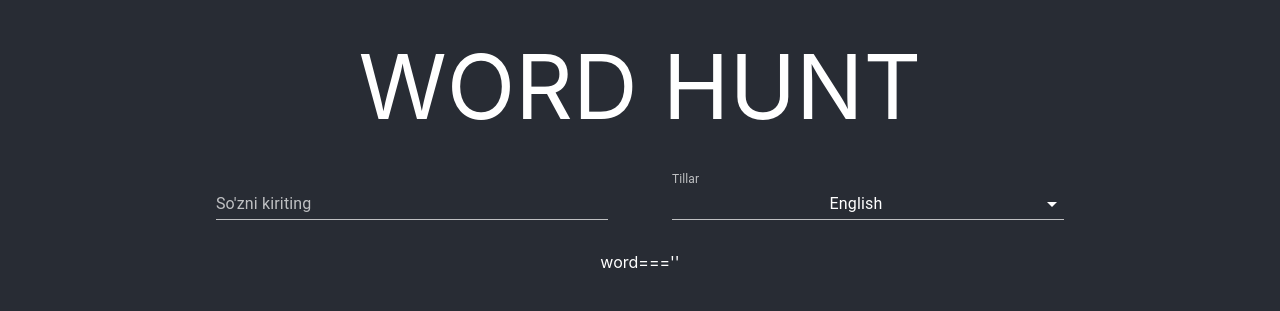
Repository: om1ars/react-translator
Page: /
The author's editor kept a copy of each file at every save. The page is drawn from the files as they stood at one save, then again after a run of saves.
The browser window is 1280 px wide. The pictures show the whole page.
The page's requests for data from a server got no answer. The project was rebuilt for these pictures with package versions that can differ from the ones it lists, and the page was loaded fresh each time. No one was signed in, and anything a server would have sent is missing. Also part of the build but not shown: src/components/Definitions.css.

Above is the page before, as saved 2021-10-07 15:24:02.

### src/App.js
import "./App.css";
import { useEffect, useState } from "react";
import axios from "axios";
import { Container } from "@material-ui/core";
import { Header } from "./components/Header/Header";
import { Definitions } from "./components/Definitions";

function App() {
  const [word, setword] = useState("");
  const [meanings, setmeanings] = useState([]);
  const [category, setcategory] = useState("en");
  const dictionaryApi = async () => {
    try {
      const data = await axios.get(
        `https://api.dictionaryapi.dev/api/v2/entries/${category}/${word}`
      );

      // console.log(data);
      setmeanings(data.data);
    } catch (error) {
      console.log(error);
    }
  };

  console.log(meanings);
  useEffect(() => {
    dictionaryApi();
  }, [word, category]);

  return (
    <div
      className="App"
      style={{ height: "100vh", backgroundColor: "#282c34", color: "white" }}
    >
      <Container
        maxWidth="md"
        style={{ display: "flex", flexDirection: "column", height: "100vh" }}
      >
        <Header
          category={category}
          setcategory={setcategory}
          word={word}
          setword={setword}
        />
        {meanings && (
          <Definitions word={word} meanings={meanings} category={category} />
        )}
      </Container>
    </div>
  );
}

export default App;

### src/components/Header/Header.js
import {
  createMuiTheme,
  MenuItem,
  MuiThemeProvider,
  TextField,
} from "@material-ui/core";
import React from "react";
import "./Header.css";
import { ThemeProvider } from "@material-ui/styles";
import categoris from "../data/Category";

export const Header = ({ category, setcategory, word, setword }) => {
  const darkTheme = createMuiTheme({
    palette: {
      primary: {
        main: "#fff",
      },
      type: "dark",
    },
  });

  const handleChange = (e) => {
    setcategory(e);
    setword("");
  };

  return (
    <div className="header">
      <span className="title">{word ? word : "Word Hunt"}</span>
      <div className="inputs">
        <ThemeProvider theme={darkTheme}>
          <TextField
            id="standard-basic"
            label="standard"
            className="search"
            id="standard-basic"
            label="So'zni kiriting"
            value={word}
            onChange={(e) => setword(e.target.value)}
          />
          <TextField
            className="select"
            select
            value={category}
            onChange={(e) => handleChange(e.target.value)}
            label="Tillar"
          >
            {categoris.map((option) => (
              <MenuItem key={option.label} value={option.label}>
                {option.value}
              </MenuItem>
            ))}
          </TextField>
        </ThemeProvider>
      </div>
    </div>
  );
};

### src/components/Definitions.js
import React from 'react'
import './Definitions.css'

export const Definitions = ({word, category, meanings}) => {
    return (
        <div>
            word===''
        </div>
    )
}

### src/components/Header/Header.css
.title {
  font-size: 7vw;
  text-transform: uppercase;
  color: white;
}
.header {
  display: flex;
  align-items: center;
  justify-content: space-evenly;
  flex-direction: column;
  height: 35vh;
  width: 100%;
}
@media (max-width: 900px) {
  .header {
    height: 25vh;
  }
  .title {
      font-size: 11vw;
  }
}
.inputs {
    width: 100%;
    display: flex;
    justify-content: space-around;
}
.search {
    width: 43%;
}
.select {
    width: 43%;
}

Loaded but not shown: public/index.html (common file); src/index.js (common file); src/index.css (common file); src/reportWebVitals.js (common file); src/App.css (common file); src/components/data/Category.js (common file)

After the next 22 saves:
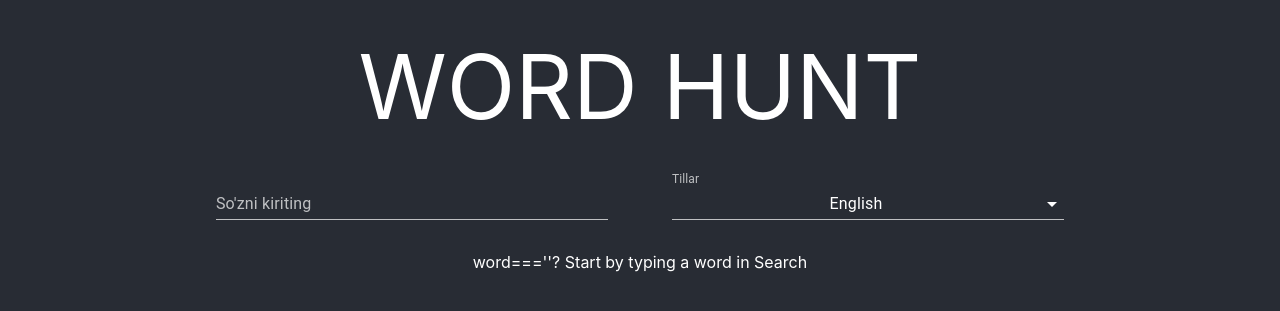
The 22 saves are shown as one change because they came seconds apart.
The last was saved 31 s later.
--- a/src/components/Definitions.js
+++ b/src/components/Definitions.js
@@ -4,7 +4,7 @@ import './Definitions.css'
 export const Definitions = ({word, category, meanings}) => {
     return (
         <div>
-            word===''
+            word===''? <span className='subtitle'>Start by typing a word in Search</span>
         </div>
     )
 }
